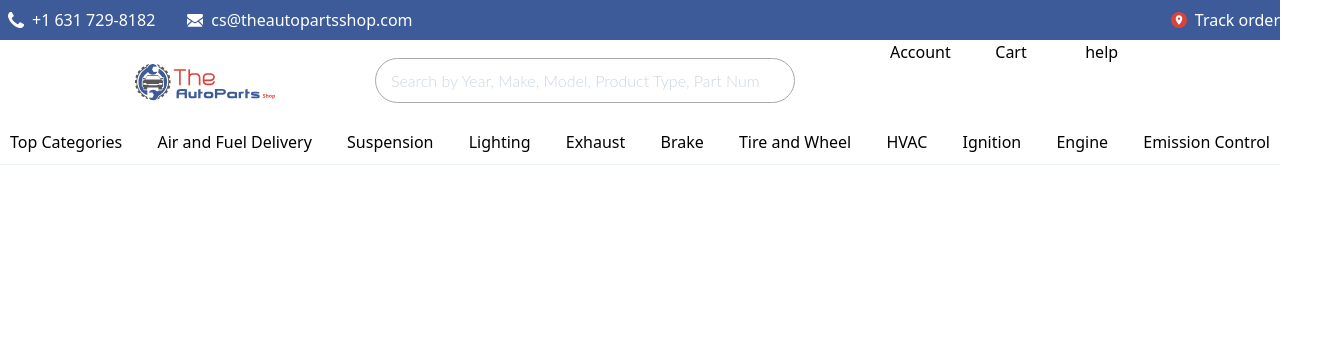
Repository: robindhimanspineor/TAPS-Next
Page: /
These files come from the project's save history. The page is drawn as it stood at one moment and after the next save; the edit follows.
The browser window is 1280 px wide. The page is 1280 px wide, then 1330 px, so the pictures cover 1330 px, including what lies to the right of the window. The pictures show the whole page.
The project was rebuilt for these pictures with package versions that can differ from the ones it lists, and the page was loaded fresh each time. The framework's server and built-in components were replaced by stand-ins that run in the browser. Also part of the build but not shown: next.config.js.

Above is the page before, as saved 2021-09-16 17:56:14.

### src/pages/index.tsx
// import { useRouter } from 'next/router';

// import { Meta } from '../layout/Meta';
// import { Main } from '../templates/Main';
import Header from '../components/common/header';

const Index = () => {
  // const router = useRouter();

  return (
    // <Main
    //   meta={
    //     <Meta
    //       title="Next.js Boilerplate Presentation"
    //       description="Next js Boilerplate is the perfect starter code for your project. Build your React application with the Next.js framework."
    //     />
    //   }
    // >
    // </Main>
    <div>
      <main className="main-container block">
        <Header />
      </main>
    </div>
  );
};

export default Index;

### src/styles/main.css
@tailwind base;
a {
  @apply text-blue-700;
}

a:hover {
  @apply border-b-2 border-blue-700;
}

@tailwind components;
@tailwind utilities;
.content p {
  @apply my-6;
}

.content ul {
  @apply my-6;
}

a {
  text-decoration: none;
  color: black;
}

.main-header {
  display: flex;
  flex-direction: row;
  flex-wrap: nowrap;
  align-content: flex-start;
  align-items: center;
  height: 80px;
  max-width: 1580px;
  flex-grow: 1;
  width: 100%;
  padding: 0 125px 0 115px;
}

.logo {
  flex-basis: 260px;
  display: flex;
  align-items: center;
  justify-content: flex-start;
  padding-left: 20px;
}

.logo a {
  display: inline-block;
}

.logo a span {
  display: block;
  margin-top: 5px;
  width: 140px;
}

.searchbar {
  flex: 1;
}

.searchbar .form-group-wrapper {
  position: relative;
}

.searchbar .form-group-wrapper input {
  padding-right: 35px;
}

.searchbar input {
  border-radius: 50px;
  padding-right: 10px;
}

.react-autosuggest__input {
  width: 100%;
  height: 45px;
  padding: 0 65px 0 15px;
  font-weight: 300;
  font-size: 16px;
  border: 1px solid #aaa;
  border-radius: 4px;
  font-family: 'Lato';
}

.searchbar .form-group-wrapper .search-icon {
  position: absolute;
  top: 4px;
  bottom: 4px;
  right: 10px;
  border-radius: 0 3px 3px 0;
}

.cart-buttons {
  /* flex-basis: 550px; */
  flex-basis: 300px;
  height: 80px;
  display: flex;
  flex-direction: row;
  flex-wrap: nowrap;
  align-items: center;
  margin-left: 60px;
  padding-left: 40px;
  padding-left: 20px;
  padding-right: 8px;
}

.cart-buttons .buttons-list {
  width: 100%;
}

.cart-buttons .buttons-list>ul {
  display: flex;
  flex-wrap: nowrap;
  height: 80px;
  padding: 0;
}

ul li {
  list-style: none;
}

.cart-buttons .buttons-list>ul li:first-child {
  border-left: 0px;
}

.cart-buttons .buttons-list>ul li {
  flex: 1;
  display: flex;
  align-items: stretch;
  justify-content: center;
  position: relative;
  cursor: pointer;
}

.cart-buttons .buttons-list>ul li div.wrap {
  display: flex;
  align-items: center;
  width: 100%;
  justify-content: center;
  flex-direction: column;
}

.cart-buttons ul li .nav-icon {
  width: 30px !important;
  height: 20px !important;
}

### src/components/common/header/index.tsx
import TopHeader from './top-header';
import MainHeader from './main-header';
import CategoriesHeader from './categories-header';

const Header = () => {
  return (
    <header className="flex flex-col items-center justify-center w-full static border-b z-50">
      <TopHeader />
      <MainHeader />
      <CategoriesHeader />
    </header>
  );
};

export default Header;

### src/components/common/header/top-header.tsx
import PhoneHandle from '../../../svg/PhoneHandleSvg.js';
import MailBoxSvg from '../../../svg/MailBoxSvg.js';
import TrackOrderSvg from '../../../svg/TrackOrderSvg.js';

import topHeaderStyles from '../../../styles/top-header.module.css';
const TopHeader = () => {
  return (
    <div className={`${topHeaderStyles.bgBlue} head-top py-2 w-full text-base`}>
      <div className="w-screen max-w-screen-xl flex justify-between mx-auto">
        <div className="head-top-left flex text-white font-medium pl-2">
          <div className="head-top-phone flex items-center text-white w-auto">
            <div
              className="text-white h-6 w-6 flex items-center pr-2"
              style={{ fill: '#fff' }}
            >
              <PhoneHandle />
            </div>
            <p>+1 631 729-8182</p>
          </div>
          <div className="heap-top-email flex items-center text-white w-auto ml-8">
            <div
              className="text-white h-6 w-6 flex items-center pr-2"
              style={{ fill: '#fff' }}
            >
              <MailBoxSvg />
            </div>
            <p>cs@theautopartsshop.com</p>
          </div>
        </div>
        <div className="head-top-right text-white font-medium">
          <div
            className="head-top-track-order flex items-center text-white w-auto cursor-pointer"
            onClick={() => console.log('track order')}
          >
            <div
              className="text-white h-6 w-6 flex items-center pr-2 "
              style={{ fill: '#fff' }}
            >
              <TrackOrderSvg />
            </div>
            <p>Track order</p>
          </div>
        </div>
      </div>
    </div>
  );
};
export default TopHeader;

### src/components/common/header/main-header.tsx
import Logo from './logo';
import Navigation from './navigation/Navigation';
import SearchBar from './searchbar';

const MainHeader = () => {
  return (
    <div className="main-header">
      <Logo />
      <SearchBar />
      <Navigation />
    </div>
  );
};

export default MainHeader;

### src/components/common/header/categories-header.tsx
import Link from 'next/link';
const CategoriesHeader = () => {
  return (
    <div className="header-categories w-screen max-w-screen-xl flex justify-between ">
      <Link href="/">
        <a className="m-2.5 text-black">Top Categories</a>
      </Link>
      <Link href="/air-and-fuel-delivery">
        <a className="m-2.5 text-black">Air and Fuel Delivery</a>
      </Link>
      <Link href="/suspension">
        <a className="m-2.5 text-black">Suspension</a>
      </Link>
      <Link href="/electrical-lighting-and-body">
        <a className="m-2.5 text-black">Lighting</a>
      </Link>
      <Link href="/exhaust">
        <a className="m-2.5 text-black">Exhaust</a>
      </Link>
      <Link href="/brake">
        <a className="m-2.5 text-black">Brake</a>
      </Link>
      <Link href="/tire-and-wheel">
        <a className="m-2.5 text-black">Tire and Wheel</a>
      </Link>
      <Link href="/hvac">
        <a className="m-2.5 text-black">HVAC</a>
      </Link>
      <Link href="/ignition">
        <a className="m-2.5 text-black">Ignition</a>
      </Link>
      <Link href="/engine">
        <a className="m-2.5 text-black">Engine</a>
      </Link>
      <Link href="/emission-control">
        <a className="m-2.5 text-black">Emission Control</a>
      </Link>
    </div>
  );
};

export default CategoriesHeader;

### src/svg/TrackOrderSvg.js
import React from 'react';

const TrackOrderSvg = () => (
    <svg xmlns="http://www.w3.org/2000/svg"
        version="1.1"
        id="Layer_1"
        x="0px"
        y="0px"
        viewBox="0 0 28 28"
        style={{ enableBackground: "new 0 0 28 28" }}>

        <circle id="Ellipse_2" fill="#D9433E" cx="14" cy="14" r="14" />
        <path id="Icon_material-location-on" fill="#FFFFFF" d="M14,5.9c-3.1,0-5.7,2.5-5.7,5.7c0,0,0,0,0,0c0,4.3,5.7,10.5,5.7,10.5  s5.7-6.3,5.7-10.5C19.7,8.4,17.1,5.9,14,5.9C14,5.9,14,5.9,14,5.9z M14,13.6c-1.1,0-2-0.9-2-2c0-1.1,0.9-2,2-2c1.1,0,2,0.9,2,2l0,0  C16,12.7,15.1,13.6,14,13.6z" />
    </svg>
);

export default TrackOrderSvg;

### src/styles/top-header.module.css
.bgBlue {
  background-color: #3d5b99;
}

### src/components/common/header/logo.tsx
import React from 'react';
import Link from 'next/link';

const Logo = () => (
  <div className="logo">
    <Link href="/">
      <a>
        <span>
          <svg x="0px" y="0px" viewBox="0 0 1004.91 260.67">
            <title>theautopartsshop.com</title>
            <path
              fill="#ff0"
              d="M231.67,154.11"
              transform="translate(-48.51 -38.87)"
            />
            <path
              fill="#ff0"
              d="M259.25,150.17"
              transform="translate(-48.51 -38.87)"
            />
            <path
              fill="#d9433e"
              d="M327.3,76.1h86.6V87.9H376.66V191.22H364.95V87.9H327.3Z"
              transform="translate(-48.51 -38.87)"
            />
            <path
              fill="#d9433e"
              d="M431.62,76h12.2v33.85q8.8-5.33,15.59-5.33h31.1q10.58,0,20.92,10.66,6.87,7.35,6.87,23.59v52.43H506.5V137.58q0-16.07-12.12-20.12l-5.33-.73H461.67q-13.81,0-17.53,12.93l-.32,2.67v58.89h-12.2Z"
              transform="translate(-48.51 -38.87)"
            />
            <path
              fill="#d9433e"
              d="M564.53,104.46h28.19q20.2,0,28.2,21.65l.73,5.74v3.39q0,14.46-16.32,24.4A35.87,35.87,0,0,1,592,162.3H547.08V163q0,11.47,13.33,15.59l7.59.81h20.92q15.83,0,20.12-11.39a34.07,34.07,0,0,0,1.54-6.14h11.07q0,20.76-22.46,28.6l-6.46.73h-24.4q-24.16,0-31.91-19.39a43.41,43.41,0,0,1-1.53-10.66V134.11q0-19.63,19-27.79A26.84,26.84,0,0,1,564.53,104.46Zm-17.85,33.85v12.2h41.12q17,0,20.52-10.34a15.89,15.89,0,0,0,1.54-7.19q0-7-6.06-12.52-4.2-4.2-15.27-4.2H568.73q-12.52,0-16.72,4.93Q546.68,125.38,546.68,138.31Z"
              transform="translate(-48.51 -38.87)"
            />
            <path
              fill="#d9433e"
              d="M983.65,273.4a6.78,6.78,0,0,1-2.56,5.6,11.11,11.11,0,0,1-7.12,2,16.71,16.71,0,0,1-7.43-1.58V274.3A30.63,30.63,0,0,0,971,276a13.3,13.3,0,0,0,3.37.49,4.79,4.79,0,0,0,2.81-.7,2.4,2.4,0,0,0,1-2.08,2.3,2.3,0,0,0-.43-1.37,4.81,4.81,0,0,0-1.27-1.16,32.89,32.89,0,0,0-3.4-1.78,16.1,16.1,0,0,1-3.61-2.17,8.15,8.15,0,0,1-1.92-2.42,6.91,6.91,0,0,1-.72-3.23,6.78,6.78,0,0,1,2.36-5.47,9.8,9.8,0,0,1,6.53-2,15.4,15.4,0,0,1,3.9.48,26.89,26.89,0,0,1,3.89,1.36l-1.79,4.33a26.36,26.36,0,0,0-3.47-1.2,11.18,11.18,0,0,0-2.7-.34,3.57,3.57,0,0,0-2.42.74,2.42,2.42,0,0,0-.84,1.92,2.38,2.38,0,0,0,.34,1.28,3.74,3.74,0,0,0,1.09,1.06,33.55,33.55,0,0,0,3.53,1.84,14,14,0,0,1,5,3.53A6.89,6.89,0,0,1,983.65,273.4Z"
              transform="translate(-48.51 -38.87)"
            />
            <path
              fill="#d9433e"
              d="M1006.43,280.69H1001V269q0-4.34-3.23-4.34a3.67,3.67,0,0,0-3.32,1.56,9.53,9.53,0,0,0-1,5.06v9.44H987.9V252.75h5.48v5.69q0,.67-.13,3.12l-.12,1.62h.29a6.34,6.34,0,0,1,5.82-2.94,7.11,7.11,0,0,1,5.37,1.9,7.56,7.56,0,0,1,1.83,5.46Z"
              transform="translate(-48.51 -38.87)"
            />
            <path
              fill="#d9433e"
              d="M1030.23,270.62q0,4.9-2.58,7.67a9.37,9.37,0,0,1-7.2,2.76,10.07,10.07,0,0,1-5.1-1.27,8.41,8.41,0,0,1-3.39-3.64,12.21,12.21,0,0,1-1.19-5.53q0-4.92,2.57-7.65a9.43,9.43,0,0,1,7.22-2.73,10.13,10.13,0,0,1,5.1,1.26,8.39,8.39,0,0,1,3.39,3.61A12.1,12.1,0,0,1,1030.23,270.62Zm-13.88,0a8.42,8.42,0,0,0,1,4.51,3.5,3.5,0,0,0,3.19,1.53,3.44,3.44,0,0,0,3.15-1.52,8.54,8.54,0,0,0,1-4.51,8.29,8.29,0,0,0-1-4.47,4.12,4.12,0,0,0-6.34,0A8.28,8.28,0,0,0,1016.35,270.62Z"
              transform="translate(-48.51 -38.87)"
            />
            <path
              fill="#d9433e"
              d="M1045.7,281a6.65,6.65,0,0,1-5.55-2.57h-.29q.29,2.51.29,2.91v8.13h-5.48v-28.9h4.45l.77,2.6h.25a6.33,6.33,0,0,1,5.69-3,6.51,6.51,0,0,1,5.57,2.75q2,2.75,2,7.63a15.07,15.07,0,0,1-.94,5.58,7.83,7.83,0,0,1-2.68,3.61A6.88,6.88,0,0,1,1045.7,281Zm-1.62-16.43a3.46,3.46,0,0,0-3,1.25,7.16,7.16,0,0,0-1,4.12v.59a8.45,8.45,0,0,0,1,4.63,3.43,3.43,0,0,0,3,1.4q3.68,0,3.68-6.07a8.67,8.67,0,0,0-.91-4.44A3.09,3.09,0,0,0,1044.09,264.62Z"
              transform="translate(-48.51 -38.87)"
            />
            <path
              fill="#3d5b99"
              d="M363.38,284.2h-16.7V251.25a79.65,79.65,0,0,1,1.21-14.73A20.87,20.87,0,0,1,353,226q3.88-4.2,11.12-6.34t19.2-2.14a168.44,168.44,0,0,1,20.76,1.21q9.69,1.21,17.19,1.92V284.2H404.64V258.48H363.47Zm41.25-51.52q-4.82-.36-10.22-.58t-11.3-.22a39.21,39.21,0,0,0-9.46.94,14.28,14.28,0,0,0-5.8,2.77,10.42,10.42,0,0,0-3.08,4.38,21.9,21.9,0,0,0-1.21,5.76h41.07Z"
              transform="translate(-48.51 -38.87)"
            />
            <path
              fill="#3d5b99"
              d="M459.73,285.27a67,67,0,0,1-11.92-.94,19.65,19.65,0,0,1-8.57-3.57,16,16,0,0,1-5.18-7.28,34.9,34.9,0,0,1-1.74-12.05V238.57H449v22.86a14,14,0,0,0,.63,4.55,6.31,6.31,0,0,0,1.92,2.86,7.71,7.71,0,0,0,3.3,1.52,22.7,22.7,0,0,0,4.87.45q1.69,0,3.13,0t3-.18l3.39-.27q1.83-.13,4.42-.4V238.57h16.61v43.57q-3.39.45-6.79,1t-7.1,1q-3.71.45-7.77.76T459.73,285.27Z"
              transform="translate(-48.51 -38.87)"
            />
            <path
              fill="#3d5b99"
              d="M533.48,250.36H518.93V284.2h-16.7V222.59l16.7-4.29v19.29h14.55Z"
              transform="translate(-48.51 -38.87)"
            />
            <path
              fill="#3d5b99"
              d="M576.87,237.59a117.41,117.41,0,0,1,16.21.94,26.66,26.66,0,0,1,10.67,3.57,14.69,14.69,0,0,1,5.89,7.28,41.59,41.59,0,0,1,0,24.11,14.68,14.68,0,0,1-5.89,7.28,26.63,26.63,0,0,1-10.67,3.57,140.93,140.93,0,0,1-32.46,0A26.3,26.3,0,0,1,550,280.76a14.73,14.73,0,0,1-5.85-7.28,41.58,41.58,0,0,1,0-24.11A14.75,14.75,0,0,1,550,242.1a26.33,26.33,0,0,1,10.67-3.57A118.41,118.41,0,0,1,576.87,237.59Zm0,33.21q5.09,0,8.39-.31a14.21,14.21,0,0,0,5.18-1.29,5.5,5.5,0,0,0,2.63-2.81,13.24,13.24,0,0,0,.76-5,13.61,13.61,0,0,0-.76-5,5.48,5.48,0,0,0-2.63-2.86,14.27,14.27,0,0,0-5.18-1.29q-3.3-.31-8.39-.31t-8.39.31a14.7,14.7,0,0,0-5.22,1.29,5.24,5.24,0,0,0-2.63,2.86,14.34,14.34,0,0,0-.71,5,14,14,0,0,0,.71,5,5.26,5.26,0,0,0,2.63,2.81,14.64,14.64,0,0,0,5.22,1.29Q571.78,270.81,576.87,270.81Z"
              transform="translate(-48.51 -38.87)"
            />
            <path
              fill="#3d5b99"
              d="M672.05,218.21a57.24,57.24,0,0,1,13.71,1.38,23.44,23.44,0,0,1,8.79,4,14.2,14.2,0,0,1,4.69,6.34,24.65,24.65,0,0,1,1.38,8.57,28.61,28.61,0,0,1-1.29,9.11,13,13,0,0,1-4.51,6.29,22,22,0,0,1-8.75,3.66,67.6,67.6,0,0,1-14,1.21H638.66V284.2H622.05v-66h50Zm0,27.77a43.81,43.81,0,0,0,5.67-.31,11.57,11.57,0,0,0,3.88-1.12,5,5,0,0,0,2.23-2.28,8.72,8.72,0,0,0,.71-3.79,8.11,8.11,0,0,0-.8-3.88,5.48,5.48,0,0,0-2.37-2.28,11.43,11.43,0,0,0-3.93-1.07,48.49,48.49,0,0,0-5.4-.27H638.66v15Z"
              transform="translate(-48.51 -38.87)"
            />
            <path
              fill="#3d5b99"
              d="M744.11,237.59a113.36,113.36,0,0,1,12.5.71q6.43.72,11.88,1.52,6.25,1,12.41,2.14V284.2H768.84L766.79,282a54.66,54.66,0,0,1-9.6,2.32,80.48,80.48,0,0,1-13.08,1,118.41,118.41,0,0,1-16.25-.94,26.68,26.68,0,0,1-10.71-3.57,14.66,14.66,0,0,1-5.89-7.28,41.57,41.57,0,0,1,0-24.11,14.67,14.67,0,0,1,5.89-7.28,26.71,26.71,0,0,1,10.71-3.57A118.41,118.41,0,0,1,744.11,237.59Zm0,33.21q1.69,0,4.15-.09t5.18-.22l5.54-.27q2.81-.13,5.31-.31V252.86q-2.5-.09-5.31-.27t-5.54-.31q-2.72-.13-5.18-.22t-4.15-.09q-5.09,0-8.39.31a14.7,14.7,0,0,0-5.22,1.29,5.24,5.24,0,0,0-2.63,2.86,14.33,14.33,0,0,0-.71,5,13.94,13.94,0,0,0,.71,5,5.26,5.26,0,0,0,2.63,2.81,14.64,14.64,0,0,0,5.22,1.29Q739,270.81,744.11,270.81Z"
              transform="translate(-48.51 -38.87)"
            />
            <path
              fill="#3d5b99"
              d="M801.17,239.33q4.46-.58,9.2-1t9.64-.58q4.91-.18,9.64-.18v12q-5.09.27-8.79.71t-6.29.89q-2.95.54-5.09,1.07v32H792.86V240.72Q796.7,239.91,801.17,239.33Z"
              transform="translate(-48.51 -38.87)"
            />
            <path
              fill="#3d5b99"
              d="M871.52,250.36H857V284.2h-16.7V222.59L857,218.3v19.29h14.55Z"
              transform="translate(-48.51 -38.87)"
            />
            <path
              fill="#3d5b99"
              d="M943.67,270.9a12.91,12.91,0,0,1-1.74,6.92,11.93,11.93,0,0,1-5.8,4.51,38.31,38.31,0,0,1-10.71,2.37,144.32,144.32,0,0,1-16.56.49q-3.75-.09-7.68-.4t-7.41-.76q-3.48-.45-6.29-.89l-4.42-.71V271.88q5.44.27,10.45.45,4.28.18,8.66.31t7,.13q5.44.18,8.79.13a40.62,40.62,0,0,0,5.13-.31,5.15,5.15,0,0,0,2.37-.76,1.9,1.9,0,0,0,.67-1.29,1.21,1.21,0,0,0-.36-1.12,3.88,3.88,0,0,0-1.7-.67,28.45,28.45,0,0,0-3.44-.45l-5.58-.45q-10.72-.8-17.41-2a40.1,40.1,0,0,1-10.45-3,10.28,10.28,0,0,1-5-4.51,14.65,14.65,0,0,1-1.29-6.43,12.16,12.16,0,0,1,1.74-6.61,12.55,12.55,0,0,1,5.8-4.55,37.81,37.81,0,0,1,10.71-2.54,129.93,129.93,0,0,1,16.56-.58q4.37.09,8.75.54t7.86,1q4.11.63,7.77,1.34v10.89q-2.32-.27-5.67-.49t-6.83-.4q-3.48-.18-6.7-.31l-5.45-.22q-5.54-.09-8.84,0a46.56,46.56,0,0,0-5.13.36,5.23,5.23,0,0,0-2.41.76,1.52,1.52,0,0,0-.58,1.21,1.45,1.45,0,0,0,.36,1.07,3.35,3.35,0,0,0,1.52.63,24.73,24.73,0,0,0,3.35.45l5.85.45q10.8.8,17.5,2a40.41,40.41,0,0,1,10.4,3,10.31,10.31,0,0,1,5,4.51A14.66,14.66,0,0,1,943.67,270.9Z"
              transform="translate(-48.51 -38.87)"
            />
            <path
              fill="#58585a"
              d="M246.48,147.78a4.09,4.09,0,0,0,4.09-4.09v-2.74a2.07,2.07,0,0,0-2.3-2.06l-18,2-2.48-3.84-10-15.38a7.11,7.11,0,0,0-6-3.25H140.45a6.18,6.18,0,0,0-5.33,3L126,137l-2.35,4-16.24-1.91a3.32,3.32,0,0,0-3.71,3.3v1.77a3.65,3.65,0,0,0,3.65,3.65h12.29l-2.76,4.69-6,3.33-6,3.33a3.32,3.32,0,0,0-1.7,2.9v37.46a2.66,2.66,0,0,0,2.14,2.61l1.74,1,1.74,1a3,3,0,0,1,2.4,2.91l0,5.4,0,8a2.1,2.1,0,0,0,2.36,2.07l1.59-.19,1.59-.19h17.6a1.83,1.83,0,0,0,1.83-1.83V206.72h80.39v13.5a1.92,1.92,0,0,0,1.92,1.92h22a1.91,1.91,0,0,0,1.91-1.91V207.06a3.22,3.22,0,0,1,1.37-2.64l2-1,2-1a3.32,3.32,0,0,0,1.83-1,2.86,2.86,0,0,0,.77-1.9V161.24a3.28,3.28,0,0,0-1.74-2.9l-5.53-2.94-5.53-2.94-4.12-6.37,1.39,1.68ZM137.42,123h77.66l18.27,27.41H121.43Zm104.14,52.61a3.58,3.58,0,0,1,3.58,3.58v5.37a3.24,3.24,0,0,1-3.24,3.24h-30a3.59,3.59,0,0,0-3,1.69l-.3.48-.3.48a3.41,3.41,0,0,1-2.89,1.6H150.66a3.15,3.15,0,0,1-2.67-1.48l-.32-.51-.32-.51a3.75,3.75,0,0,0-3.18-1.76H111.57a3.37,3.37,0,0,1-3.37-3.37v-5.52a3.3,3.3,0,0,1,3.3-3.3h15a3.45,3.45,0,0,1,3.41,2.89l.22,1,.22,1a2.37,2.37,0,0,0,2.32,1.86h85.46a2.53,2.53,0,0,0,2.52-2.52v-.31a3.94,3.94,0,0,1,3.94-3.94h17Z"
              transform="translate(-48.51 -38.87)"
            />
            <path
              fill="#58585a"
              d="M147.65,44.92V39.66l-18.16,5.68a2.82,2.82,0,0,0-1.8,3.68l2.89,7.71-14.44,7.88-5.7-8a1.51,1.51,0,0,0-2.09-.36L93.76,67.68a1.51,1.51,0,0,0-.37,2.12l5.67,6.63L87.25,88.25l-6.61-5.78a1.51,1.51,0,0,0-2.07.46L67,97.63a1.51,1.51,0,0,0,.3,2l6.85,5.71-6.57,13.13-9-2.26a1.51,1.51,0,0,0-1.83,1.1l-4.53,18.13a1.51,1.51,0,0,0,1.05,1.82L61,139.46l-2,15.1H50a1.51,1.51,0,0,0-1.51,1.51v18A1.51,1.51,0,0,0,50,175.57h9l1.31,17.07L52.42,196a1.51,1.51,0,0,0-.84,1.87l5.67,17a1.51,1.51,0,0,0,1.85,1l7.8-2.23,7.88,14.44-7.93,5.67a1.51,1.51,0,0,0-.33,2.13l10,13.38a1.51,1.51,0,0,0,2,.35l8-4.46L98.41,257l-5.55,6.66a1.51,1.51,0,0,0,.25,2.17L106.65,276a1.51,1.51,0,0,0,1.87,0l7-5.8,13.13,6.57-3.29,7.68a1.51,1.51,0,0,0,.91,2l18.14,6-11.82-21s-52.52-15.76-67-85.35c0,0-17.07-84,69.59-124.74C135.18,61.33,139.12,50.83,147.65,44.92Z"
              transform="translate(-48.51 -38.87)"
            />
            <path
              fill="#3d5b99"
              d="M182.26,96.67,171.12,78.25l8.44-20,28.33-2.17A38.73,38.73,0,0,0,140,62.58l0,1.65c-17.78,9.3-53.1,34.1-63,75.89,0,0-10.77,44,7.45,79.68,0,0,12,27.32,52.1,42l.88-29.77-1.25-2.58a6.82,6.82,0,0,0-4.09-1.36H116.16a7.85,7.85,0,0,1-5.55-2.3,2.62,2.62,0,0,1-.77-1.85V212.75a5.15,5.15,0,0,0-1.51-3.65l-9.23-7.91a5.2,5.2,0,0,1-1.52-3.68v-33a12.31,12.31,0,0,1,1.3-5.51l1.1-2.21a6.26,6.26,0,0,0,.66-2.8l.31-13.75s1.81-5,4-5h2.11c1.87,0,4.62-8.24,5.66-9.8,3.1-4.63,18.15-19,30.25-28.8l.32,2.38a38.73,38.73,0,0,0,67.23-4.46Z"
              transform="translate(-48.51 -38.87)"
            />
            <path
              fill="#3d5b99"
              d="M277.2,145.8c-11.37-54.92-57.36-72.24-57.36-72.24L215,101.14c12.35,7.41,24.69,24.76,29,31.23a5.6,5.6,0,0,0,4.66,2.49h2.11c2.23,0,4,.5,4,2.73l-1.31,22.06a6.26,6.26,0,0,0,.66,2.8l1.1,2.21a12.31,12.31,0,0,1,1.3,5.51v33a5.2,5.2,0,0,1-1.52,3.68l-7.91,6.6a5.16,5.16,0,0,0-1.51,3.65v6a2.62,2.62,0,0,1-.77,1.85c-1.47,1.47-3.47,3.61-5.55,3.61H223.43a6.82,6.82,0,0,0-4.09,1.36L208,236.67a37.94,37.94,0,0,0-61.74,6l27.82-.07,9.65,18.9-9.56,18.9-27.82.07a38,38,0,0,0,66.1-.4l.5-7.91,2.73-3.69c37.06-22.67,47.55-45.64,47.55-45.64C284.21,197.23,277.2,145.8,277.2,145.8Z"
              transform="translate(-48.51 -38.87)"
            />
            <path
              fill="#58585a"
              d="M207.4,46.23V41l15.54,5.68a2.82,2.82,0,0,1,1.8,3.68L224.47,58l11.82,7.88,5.7-8a1.51,1.51,0,0,1,2.09-.36L258.66,69a1.51,1.51,0,0,1,.37,2.12l-5.67,6.63,11.82,11.82,6.61-5.78a1.51,1.51,0,0,1,2.07.46l11.6,14.69a1.51,1.51,0,0,1-.3,2l-8.17,4.4,7.88,14.44,9-2.26a1.51,1.51,0,0,1,1.83,1.1l4.53,18.13a1.51,1.51,0,0,1-1.05,1.82l-6.47,2.22.66,15.1h9a1.51,1.51,0,0,1,1.51,1.51v18a1.51,1.51,0,0,1-1.51,1.51h-9L290.78,194,300,196a1.51,1.51,0,0,1,.84,1.87l-5.67,18.32a1.51,1.51,0,0,1-1.85,1L284.21,215l-7.88,13.13,7.93,5.67a1.51,1.51,0,0,1,.33,2.13l-11.35,14.69a1.51,1.51,0,0,1-2,.35l-6.69-4.46L252.7,258.29l5.55,5.34a1.51,1.51,0,0,1-.25,2.17l-13.53,11.46a1.51,1.51,0,0,1-1.87,0l-5.65-8.43-13.13,7.88.67,9a1.51,1.51,0,0,1-.91,2l-15.51,4.73,13.13-22.32S269.11,257,285.52,188.7c0,0,21-84-65.65-124.74C219.87,64,215.93,52.14,207.4,46.23Z"
              transform="translate(-48.51 -38.87)"
            />
          </svg>
        </span>
      </a>
    </Link>
  </div>
);

export default Logo;

### src/components/common/header/navigation/Navigation.tsx
import React from 'react';
import ShoppingCart from './shoppingcart/ShoppingCart';
import Chat from './chat';
import Login from './Login';
import Help from './help';

const Navigation = () => (
  <div className="cart-buttons">
    <div className="buttons-list">
      <ul>
        <Login />
        <ShoppingCart />
        {/* <Chat /> */}
        <Help />
      </ul>
    </div>
  </div>
);

export default Navigation;

### src/components/common/header/searchbar.tsx
import { useState } from 'react';

const SearchBar = () => {
  const [value, setvalue] = useState('');

  const onChange = (event: any) => {
    setvalue(event.target.value);
  };

  const handleSearch = (event: any) => {
    event.preventDefault();
    // if (state.value.trim().length === 0) {
    //   document.getElementById('searchinput').classList.add('error');
    // } else {
    //   const path = `/search/${encodeURIComponent(state.value.trim())}`;
    //   // GA Tracling
    //   dataLayer.push({
    //     'search-input': this.state.value,
    //   });

    //   this.props.router.push(path);
    // }
  };

  // render() {
  //   const { value } = this.state;

  return (
    <div className="searchbar">
      <form id="textSearchForm" onSubmit={handleSearch}>
        <div className="form-group-wrapper">
          <input
            type="text"
            id="searchinput"
            placeholder="Search by Year, Make, Model, Product Type, Part Number or Brand..."
            value={value}
            onChange={onChange}
            className="react-autosuggest__input"
            aria-label="Search part you need"
            autoComplete="off"
          />

          <div className="search-icon">
            <button type="submit" id="searchButton" aria-label="Search">
              <span>
                <svg
                  x="0px"
                  y="0px"
                  viewBox="0 0 52.966 52.966"
                  style={{ enableBackground: 'new 0 0 52.966 52.966' }}
                  xmlSpace="preserve"
                  aria-label="search icon"
                >
                  {' '}
                  <path
                    d="M51.704,51.273L36.845,35.82c3.79-3.801,6.138-9.041,6.138-14.82c0-11.58-9.42-21-21-21s-21,9.42-21,21s9.42,21,21,21
                                    c5.083,0,9.748-1.817,13.384-4.832l14.895,15.491c0.196,0.205,0.458,0.307,0.721,0.307c0.25,0,0.499-0.093,0.693-0.279
                                    C52.074,52.304,52.086,51.671,51.704,51.273z M21.983,40c-10.477,0-19-8.523-19-19s8.523-19,19-19s19,8.523,19,19
                                    S32.459,40,21.983,40z"
                    fill="#FFFFFF"
                  />
                </svg>
              </span>
            </button>
          </div>
        </div>
      </form>
    </div>
  );
};

export default SearchBar;

### src/components/common/header/navigation/shoppingcart/ShoppingCart.tsx
const ShoppingCart = () => {
  return <li className="full-cart">Cart</li>;
};

export default ShoppingCart;

### src/components/common/header/navigation/Login/index.tsx
const Login = () => {
  return <li className=".account">Account</li>;
};

export default Login;

### src/components/common/header/navigation/help.tsx
const Help = () => {
  return <li className="help-button">help</li>;
};

export default Help;

### src/components/common/header/navigation/chat.tsx
import CommentsSvg from '../../../../svg/CommentsSvg.js';

const Chat = () => {
  return (
    <li
      className="chat-button"
      onClick={() => console.log('loadchat')}
      role="presentation"
    >
      <div className="wrap">
        <span className="nav-icon">
          <CommentsSvg />
        </span>
        <span className="icon_label">Chat</span>
      </div>
    </li>
  );
};

export default Chat;

### src/svg/CommentsSvg.js
import React from 'react';

const CommentsSvg = () => (
  <svg xmlns="http://www.w3.org/2000/svg" version="1.0" width="225.000000pt" height="225.000000pt" viewBox="0 0 225.000000 225.000000" preserveAspectRatio="xMidYMid meet">
    <g transform="translate(0.000000,225.000000) scale(0.100000,-0.100000)" fill="#000000" stroke="none">
      <path d="M648 1924 c-180 -32 -340 -114 -458 -233 -172 -174 -212 -389 -111 -596 40 -80 82 -130 208 -245 76 -70 93 -112 68 -176 -20 -54 -53 -94 -118 -145 -60 -48 -50 -54 67 -46 115 8 182 36 262 109 97 88 125 97 291 102 267 8 459 82 621 240 117 113 172 235 172 379 0 47 -7 107 -16 138 -68 232 -303 416 -604 473 -100 19 -276 19 -382 0z" />
      <path d="M1625 1729 c-4 -6 18 -33 49 -60 200 -179 194 -599 -14 -831 -114 -128 -336 -228 -504 -228 -30 0 -48 -6 -61 -20 -17 -18 -15 -20 45 -59 110 -71 158 -85 300 -86 l125 -1 57 -46 c85 -70 135 -83 310 -83 181 0 196 8 112 61 -33 20 -80 57 -106 82 -59 57 -63 87 -16 129 170 152 231 233 274 367 22 66 27 100 27 186 0 250 -103 422 -313 523 -130 62 -268 94 -285 66z" />
    </g>
  </svg>
);

export default CommentsSvg;

Loaded but not shown: src/pages/_app.tsx (common file); src/pages/_document.tsx (common file); src/utils/AppConfig.ts (common file); tailwind.config.js (common file); src/svg/PhoneHandleSvg.js (58 lines, source omitted); src/svg/MailBoxSvg.js (65 lines, source omitted)

After the next save:
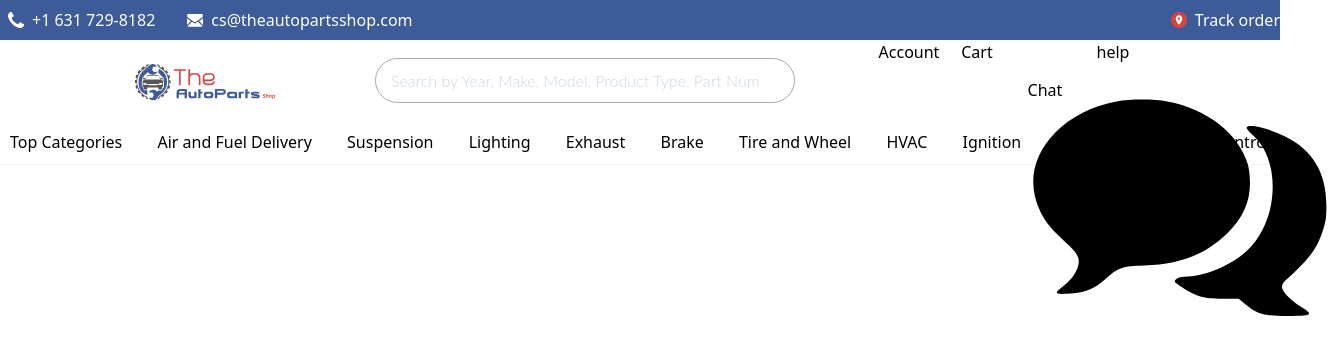
Saved 5 s later.
--- a/src/components/common/header/navigation/Navigation.tsx
+++ b/src/components/common/header/navigation/Navigation.tsx
@@ -10,7 +10,7 @@ const Navigation = () => (
       <ul>
         <Login />
         <ShoppingCart />
-        {/* <Chat /> */}
+        <Chat />
         <Help />
       </ul>
     </div>
